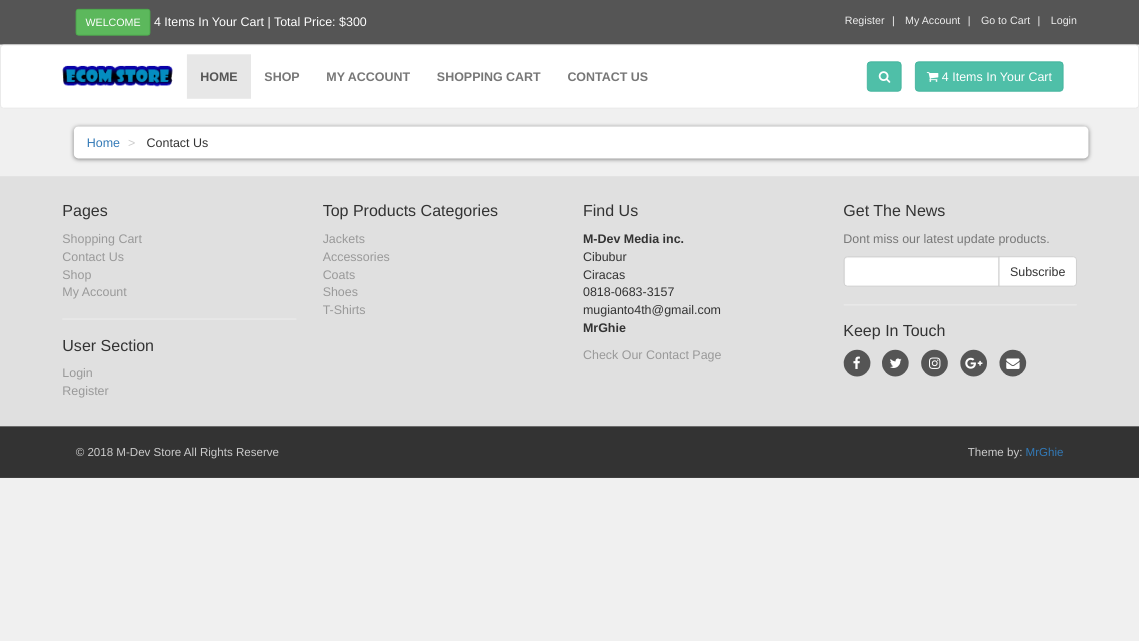
Repository: truonghuynhquy/M_Dev_Store
Page: http://localhost/contact.php
The author's editor kept a copy of each file at every save. The page is drawn from the files as they stood at one save, then again after the next save.
The browser window is 1280 px wide. The pictures show the whole page, at 89% of full size.
The page is run by PHP 8.4 with error messages shown; the project is at /var/www/html/.

Above is the page before, as saved 2022-10-01 14:02:44.

After the next save:
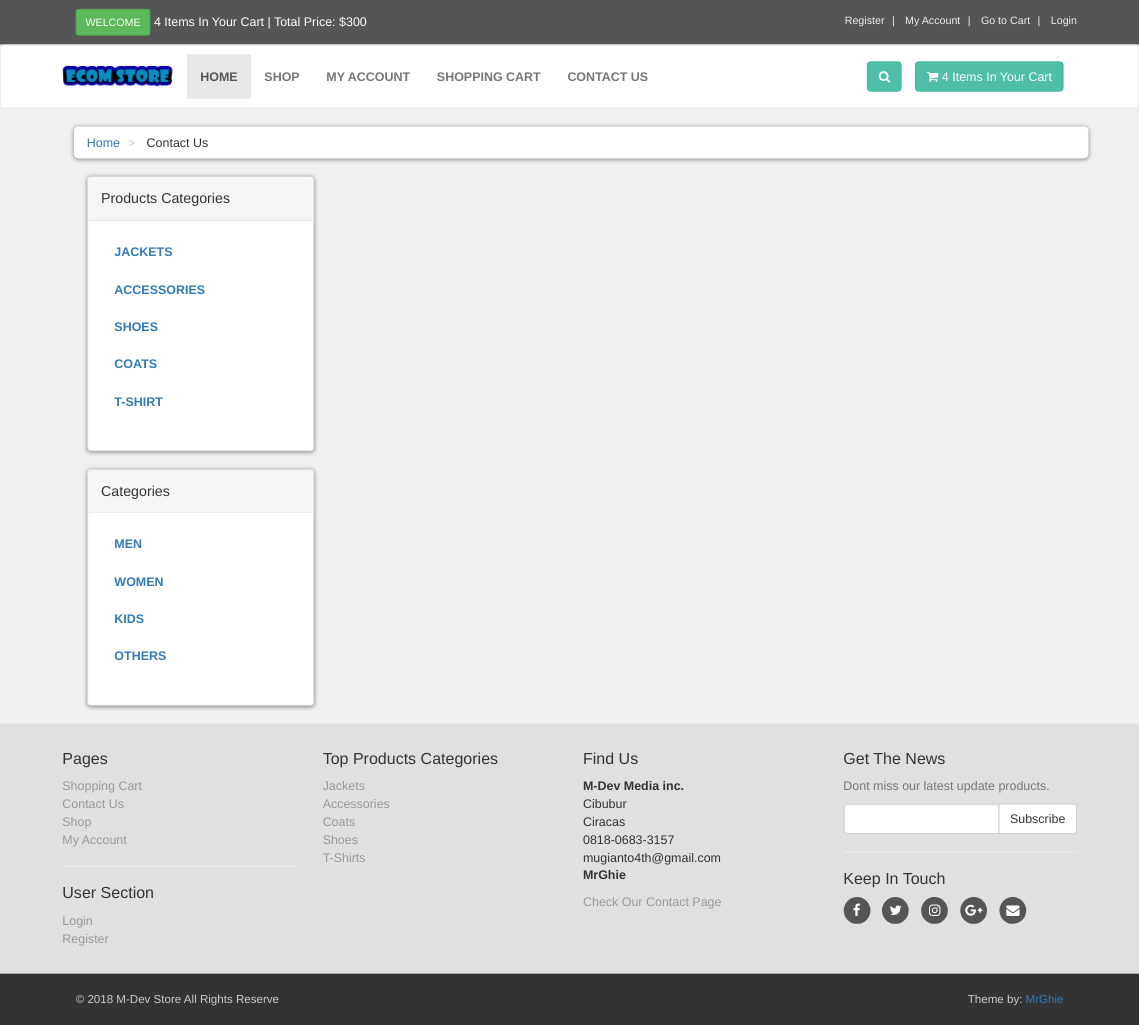
Saved 52 s later.
--- a/contact.php
+++ b/contact.php
@@ -191,6 +191,17 @@
 
             </div><!-- col-md-12 Finish -->
 
+            <div class="col-md-3">
+                <!-- col-md-3 Begin -->
+
+                <?php
+
+                include("includes/sidebar.php");
+
+                ?>
+
+            </div><!-- col-md-3 Finish -->
+
         </div><!-- #container Finish -->
 
     </div><!-- #content Finish -->
